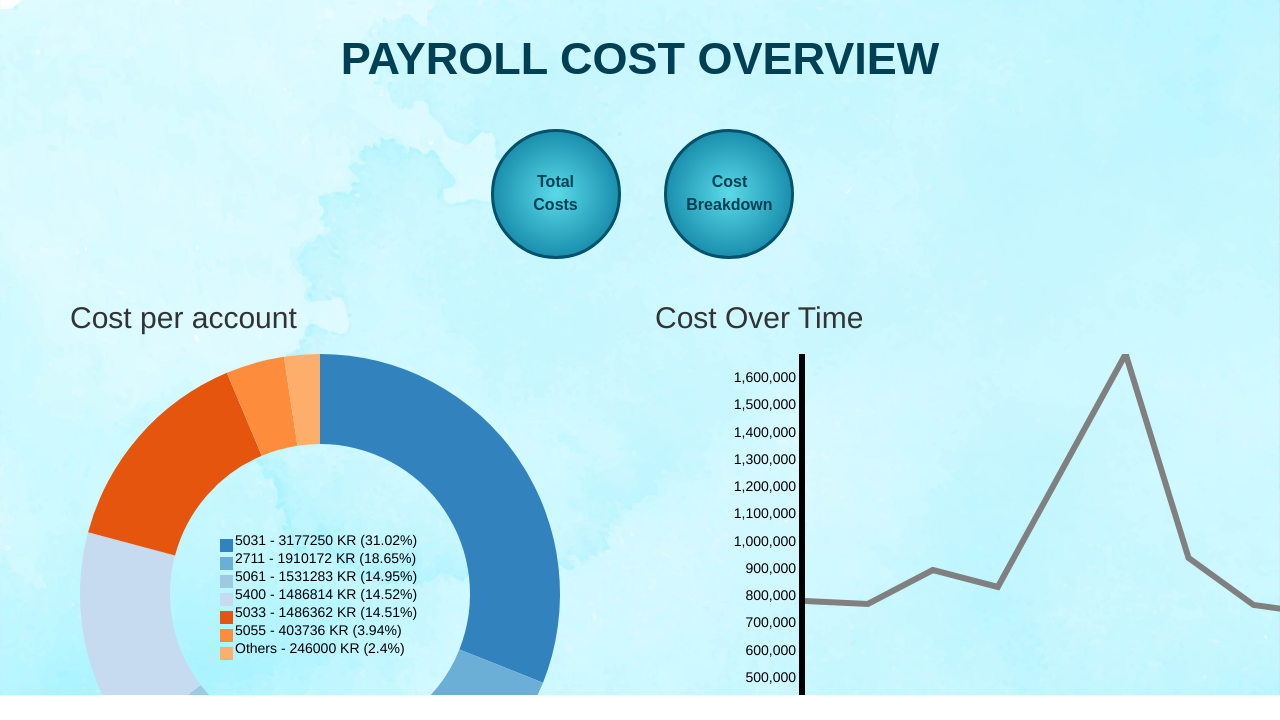
Repository: Code-Institute-Submissions/danfiliphoff-Milestoneproject-2
Page: account.html
The author's editor kept a record of every edit. The page is drawn from the files as they stood at one moment, then again after the next edit.
The browser window is 1280 px wide. The pictures show the whole page.
An inner scrolling area shows only its first screen.

Above is the page before.
Console error (its wording comes from the project's code and is left out).

### account.html
 <link rel="stylesheet" href="https://stackpath.bootstrapcdn.com/bootstrap/3.3.7/css/bootstrap.min.css" type="text/css" />
    <link rel="stylesheet" href="https://stackpath.bootstrapcdn.com/font-awesome/4.7.0/css/font-awesome.min.css" type="text/css" />
    script src="https://ajax.googleapis.com/ajax/libs/jquery/3.3.1/jquery.min.js"></script>
    <script src="https://maxcdn.bootstrapcdn.com/bootstrap/3.4.0/js/bootstrap.min.js"></script>

<!DOCTYPE html>
<html lang="en">
<head>
    <meta charset="UTF-8">
    <meta name="viewport" content="width=device-width, initial-scale=1.0">
    <meta http-equiv="X-UA-Compatible" content="ie=edge">
    <title>Payroll Dashboard</title>
    <link rel="stylesheet" href="static/css/style.css" type="text/css" />
    <link rel="stylesheet" href="" type="text/css" />
    <link rel="stylesheet" href="static/pictures/html_background.jpg" type="image/jpg" />
    <link rel="stylesheet" href="https://stackpath.bootstrapcdn.com/bootstrap/3.3.7/css/bootstrap.min.css" type="text/css" />
    <link rel="stylesheet" href="https://stackpath.bootstrapcdn.com/font-awesome/4.7.0/css/font-awesome.min.css" type="text/css" />
    <script src="https://ajax.googleapis.com/ajax/libs/jquery/3.3.1/jquery.min.js"></script>
    <script src="https://maxcdn.bootstrapcdn.com/bootstrap/3.4.0/js/bootstrap.min.js"></script>
    <script type="text/javascript" src="static/js/d3.min.js"></script>
    <script type="text/javascript" src="static/js/d3-time-format.v2.min.js"></script>
    <script type="text/javascript" src="static/js/crossfilter.min.js"></script>
    <script type="text/javascript" src="static/js/dc.min.js"></script>
    <script type="text/javascript" src="static/js/queue.min.js"></script>
    <script type="text/javascript" src="static/js/account.js"></script>
</head>




<body id="index-body-size">
    <div class="container-fluid" id="index-background">
        <header>
            <!--*******Title*********-->
                <div >
                   <div class="row">
                        <h1 class="col-md-12 paddingtitle title">
                             <a href="index.html" class="title">
                                 <span>Payroll Cost Overview</span>
                                 <br>
                             </a>
                        </h1>
                   </div>
                </div>
        </header>
        <body class = "body-account">
            <!--****** Navigation Buttons******-->
            <div class="mobile" id="indexcontent">
                <div class="row" id="center-btn">
                    <div class="col-md-12">
                        <form style="display: inline" action="total_cost.html" method="get">
                            <button class="mainbutton">
                                <span>Total<br> Costs</span>
                            </button>
                        </form>
                        <form style="display: inline" action="account.html" method="get">
                            <button class="mainbutton">
                                <span>Cost Breakdown</span>
                            </button>
                        </form>
                    </div>
                </div>
            </div>

            <!--*****Graphs******-->
            <div class="container">
                <div class="row">
                     <div class="col-md-6">
                        <h2>Cost per account</h2>
                     </div>
                     <div class="col-md-6">
                         <h2>Cost Over Time</h2>
                     </div>
                </div>
                <div class="row">
                   <!--*****Pie Charts******-->
                    <section class="col-md-6">
                        <div id="cost-per-account"></div>
                        <div id="total"></div>
                    </section>
                    <!--*****Line Chart******-->
                    <section class="col-md-6">
                        <div id="Cost-Over-Time"></div>
                    </section>
                </div>
               <div class="row">
                    <!--*****Bar Chart******-->
                    <section class="col-md-12">
                        <h2>Cost per Type</h2>
                        <div id="Cost-Per-Type"></div>
                    </section>
               </div>
            </div>
        </body>

        <!--****** Footer******-->
        <footer class="container-fluid footer-pinned">
            <div class="row footerbackgrund">
            </div>
        </footer>
    </div>



</body>

### static/css/style.css


/*--------HEADER-------*/
.paddingtitle{
    padding-top:25px;
    text-align: center;
}

.title {
    font-family: "Nunito", Arial;
    font-weight: 800;
    font-size: 45px;
    line-height: 50px;
    text-transform: uppercase;
    color:#004054;
    text-decoration: none !important;
    top: 0.5%;
    position: relative;
}

/*--------Index-------*/
#index-body-size{
    position: fixed;
    height: 100%;
    width: 100%;
    margin-top: -27px;
    margin-left: 0px;
}
#indexcontent{
    text-align: center;
    margin-top: 1%;
}

#welcome-text{
    max-width: 100px;
}

#center-btn{
    margin-right: 20px;
}

.mainbutton{
    border-radius: 50%;
    color: #004054;
    background: radial-gradient(#5adae9, #017296);
    height: 130px;
    width: 130px;
    font-family: "Nunito", Arial;
    font-weight: 800;
    font-size:16px;
    border: 3px solid #00516b;
    transition: all 0.5s;
    cursor: pointer;
    text-align: center;
    margin-bottom: 22px;
    margin-top: 22px;
    margin-left: 40px;
}

.mainbutton:hover{
  box-shadow: 0 12px 16px 0 rgba(0,0,0,0.24), 0 17px 50px 0 rgba(0,0,0,0.19);
}

.mainbutton span{
  cursor: pointer;
  display: inline-block;
  position: relative;
  transition: 0.5s;
}

.mainbutton span:after{
  content: '\00bb';
  position: absolute;
  opacity: 0;
  top: 0;
  right: -20px;
  transition: 0.5s;
}

.mainbutton:hover span{
  padding-right: 25px;
}

.mainbutton:hover span:after{
  opacity: 1;
  right: 0;
}




/*--------GENERAL-------*/
#index-background{
    position: relative;
    background-repeat:no-repeat;
    background-size:cover;
    background-image: url("../pictures/html_background.jpg");
    height: 107%;
    width: 100%;
    overflow:scroll;
}

.body-account{
    padding-bottom:60px;
    height: 100%;
}

.topic-header{
  font-family: "Nunito", Arial;
  font-weight: 700;
  font-size:  43px;
  color:#004054;
  text-align: center;
}

.topic-text{
  font-family: "Nunito", Arial;
  color:black;
  font-size: 13px;
  text-decoration: none!important;
  text-align: justify;
  max-width: 203px;
  margin: 0 auto;
}

.container{
    width: 100%;
}

.h2-chart-heading{
    text-align: center;
}

/*--------------GRAPHS AND CHARTS-------------------*/

/*below hides y axis for accounts bar graph*/
#Cost-Per-Type
 .axis.y { display: none; }

/*below make sures that line grap renders as a line and not as an area*/
.line {
         fill: none;
         stroke: grey;
         stroke-width: 6px;
         }


#Cost-Over-Time > svg > g > g.axis.x {
    font-size: 13.5px;
}

/*#Cost-Over-Time > svg > g > g.axis.x > g:nth-child(5){
    font-size: 10px;
}*/





/*--------------FOOTER-------------------*/
.footer-pinned{
   position:static;
   bottom:0;
   width:100%;
}

.footerbackgrund{
  bottom: 0;
  margin-top: 50px;
  border-radius: 170px 170px 0px 0px;
  background-repeat:no-repeat;
  background-size:cover;
  background-image: url("../pictures/footerbackground.jpg");
  height: 60px;
}


/*-------------MEDIA QUERYS-----------*/
@media (max-width: 404px){
    .mainbutton{
        height: 118px;
        width: 118px;
        margin-left: 29px;
    }
}


@media (max-width: 768px){
    .mainbutton{
        margin-top: 5px;
    }
}

@media (min-width: 768px){

    .topic-text{
        font-size: 15px;
        max-width: 295px;
    }

    #index-body-size{
    margin-top: -31px;
    }


}

@media  (min-width: 427px) and (max-width: 768px) {
    .title {
        font-weight: 800;
        font-size: 35px;
        line-height: 30px;
        padding-top: 20px;
    }

    .topic-header{
        font-size:  30px;
    }
}




@media  (min-width: 0px) and (max-width: 426px){
    .title{
        font-weight: 800;
        font-size: 24px;
        line-height: 40px;
        padding-top: 20px;
    }

    .topic-header{
        font-size:  25px;
    }


}


@media (max-width: 320px){
   .topic-text{
        margin-left: 54px;
        font-size: 12px;
    }
}

### static/js/account.js
/*steg:
1. skapa HTML.
2. skapa function
3.lägg till function under make graph*/

/*väntar med att skapa graf tills data är laddat*/
queue()
    .defer(d3.csv, "data/account.csv")
    .await(makeAccountDataGraphs);


function makeAccountDataGraphs(error, account){

    var parseDate = d3.time.format("%Y-%m-%d").parse;
    account.forEach(function(d){
        d.PaymentDate = parseDate(d.PaymentDate);
    });

   /* converts all accounts and Sums to integers*/
    account.forEach(function(d){
        d.Account = parseInt(d.Account, 10);
    });

    account.forEach(function(d){
        d.Sum = parseInt(d.Sum, 10);
    });


   var ndx=crossfilter(account);
   cost_per_account(ndx);
   cost_per_type(ndx);
   cost_over_time(ndx);
   dc.renderAll();
}


function cost_over_time(ndx) {
    var cost_over_time_dim = ndx.dimension(dc.pluck("PaymentDate"));
    var cost_over_time_group = cost_over_time_dim.group().reduceSum(dc.pluck('Sum'));

    var minDate = cost_over_time_dim.bottom(1)[0].PaymentDate;
    var maxDate = cost_over_time_dim.top(1)[0].PaymentDate;

    dc.lineChart('#Cost-Over-Time')
        .width(1000)
        .height(500)
        .margins({top: 10, right: 150, bottom: 30, left: 150})
        .dimension(cost_over_time_dim)
        .group(cost_over_time_group)
        .transitionDuration(500)
        .x(d3.time.scale().domain([minDate,maxDate]))
        .yAxis().ticks(15);
        }




function cost_per_account(ndx) {
    var cost_per_account_dim = ndx.dimension(dc.pluck("Account"));
    var cost_per_account_group = cost_per_account_dim.group().reduceSum(dc.pluck('Sum'));

    /*räknar ihopp totalen men funkar ej
   var total= cost_per_account_dim.groupAll().reduceSum(function (d) {
       return +d.Sum;
   });
   console.log(total);

    dc.numberDisplay("#total")
        .valueAccessor(function(d){
            console.log(d);
            return +d.Sum})
        .group(total);*/



    dc.pieChart('#cost-per-account')
        .height(500)
        .width(500)
        .radius(240)
        .innerRadius(150)
        .transitionDuration(1500)
        .dimension(cost_per_account_dim)
        .group(cost_per_account_group)
        .slicesCap(6)
        .legend(dc.legend()
            .x(150)
            .y(195)
            .itemHeight(13)
            .gap(5)
            .legendText(
                function(d) {
                  /* console.log(d);för att se vilka nycklar (d.xx, d.något) som ska användas använd den här consolelog*/
                    return d.name + " - " + d.data + " " + "KR ("
            +  Math.round((d.data/(10241617/100))*100)/100 + "%)"})
            )
        .renderLabel(false);
}

/*ska visa kostnad för varje löneart*/
function cost_per_type(ndx){
    var cost_per_type_dimension = ndx.dimension(dc.pluck("Type"));
    var cost_per_type_group = cost_per_type_dimension.group().reduceSum(dc.pluck('Sum'));
    var filtered_cost_per_type_group = remove_empty_bins(cost_per_type_group);

    function remove_empty_bins(cost_per_type_group) {
    return {
        all:function () {
            return cost_per_type_group.all().filter(function(d) {
                return d.value !== 0; // if integers only
             });
            }
           };
          }


     dc.barChart('#Cost-Per-Type')
            .width(1500)
            .height(1000)
            .margins({top: 10, left: 80, right: 1, bottom: 200})
            .dimension(cost_per_type_dimension)
            .group(filtered_cost_per_type_group)
            .transitionDuration(500)
            .renderLabel(true)/*gets total label for whole bar*/
            .elasticX(true)
            .xAxisPadding(10)
            .gap(15)
            .centerBar(true)
            .x(d3.scale.ordinal())
            .xUnits(dc.units.ordinal)
            /*renderlet rotates labels on X axis*/
            .on('renderlet',function (chart) {
                    chart.selectAll("g.x text")
                      .attr('dx', '-135')
                     /* nedan kod kontolllerar lutningen på texten i x axeln och alignement av text och bar*/
                      .attr('transform', "translate(25,0) rotate(-35)");
                });

}

Loaded but not shown: static/js/d3.min.js (library); static/js/d3-time-format.v2.min.js (library); static/js/crossfilter.min.js (library); static/js/dc.min.js (library); static/js/queue.min.js (common file)

After the next edit:
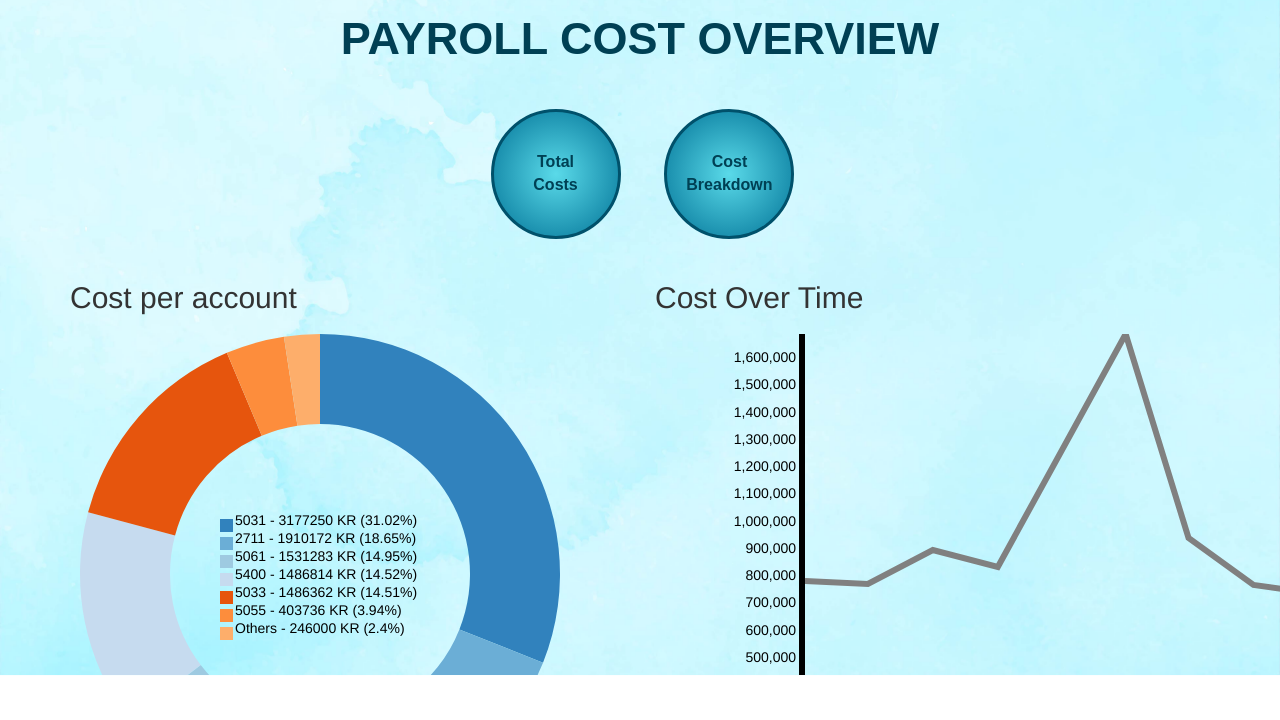
The error is gone.
The edit:
--- a/account.html
+++ b/account.html
@@ -1,7 +1,6 @@
  <link rel="stylesheet" href="https://stackpath.bootstrapcdn.com/bootstrap/3.3.7/css/bootstrap.min.css" type="text/css" />
-    <link rel="stylesheet" href="https://stackpath.bootstrapcdn.com/font-awesome/4.7.0/css/font-awesome.min.css" type="text/css" />
-    script src="https://ajax.googleapis.com/ajax/libs/jquery/3.3.1/jquery.min.js"></script>
-    <script src="https://maxcdn.bootstrapcdn.com/bootstrap/3.4.0/js/bootstrap.min.js"></script>
+
+
 
 <!DOCTYPE html>
 <html lang="en">
